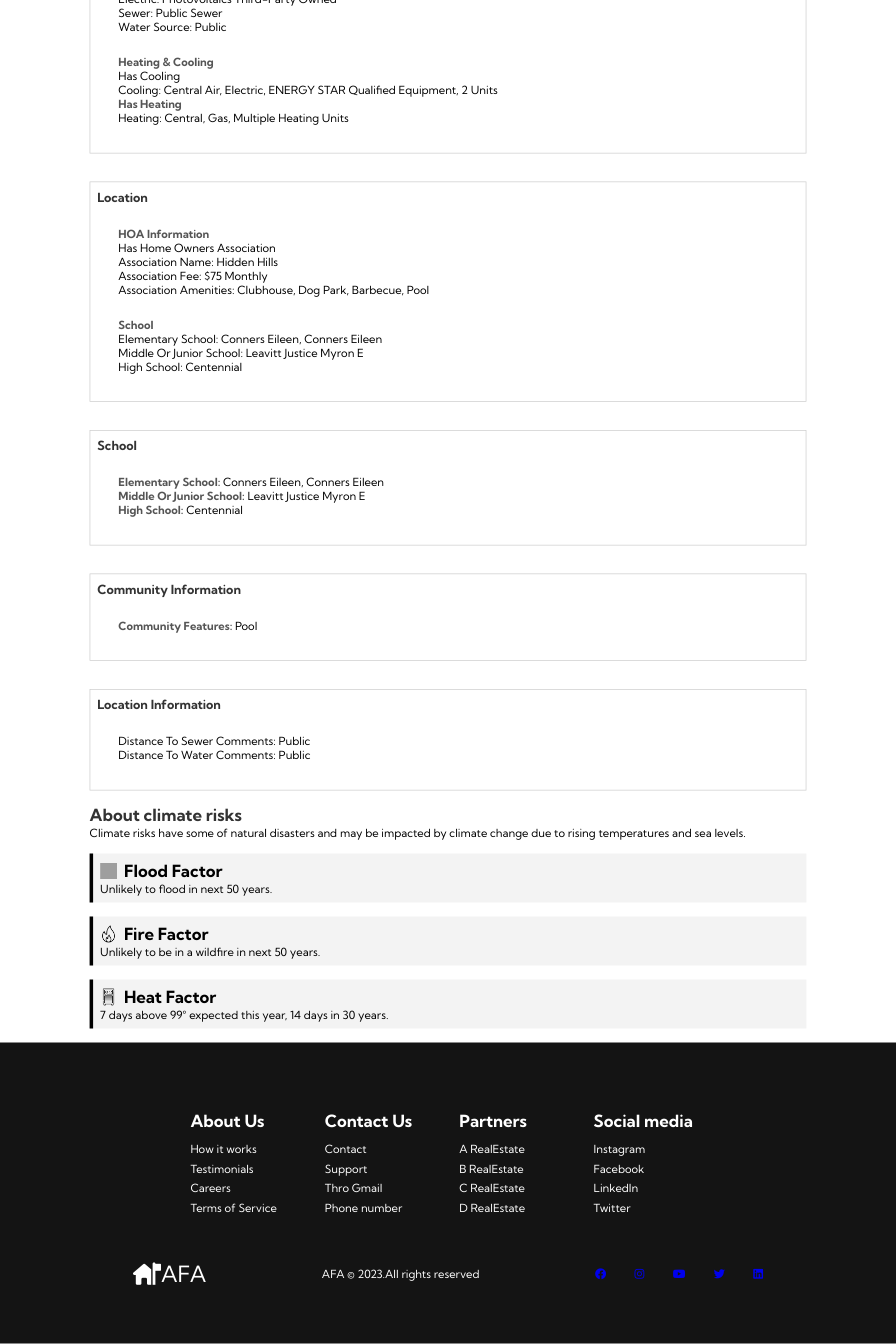
Repository: MrAllin1/ProgWWW_23_Gr1
Page: pages/House4.html
An editor plug-in stored every save of this project. The page is shown before and after the next save, followed by the edit.
The browser window is 1280 px wide. The pictures show the part of the page from y = 4245 to 6165 px (the page is 6165 px tall before and 5835 px after), at 70% of full size.
Pictures or frames that could not be fetched are drawn as grey boxes. Some web libraries are served in a nearby version.

Above is the page before, as saved 2024-01-11 12:29:49.

After the next save:
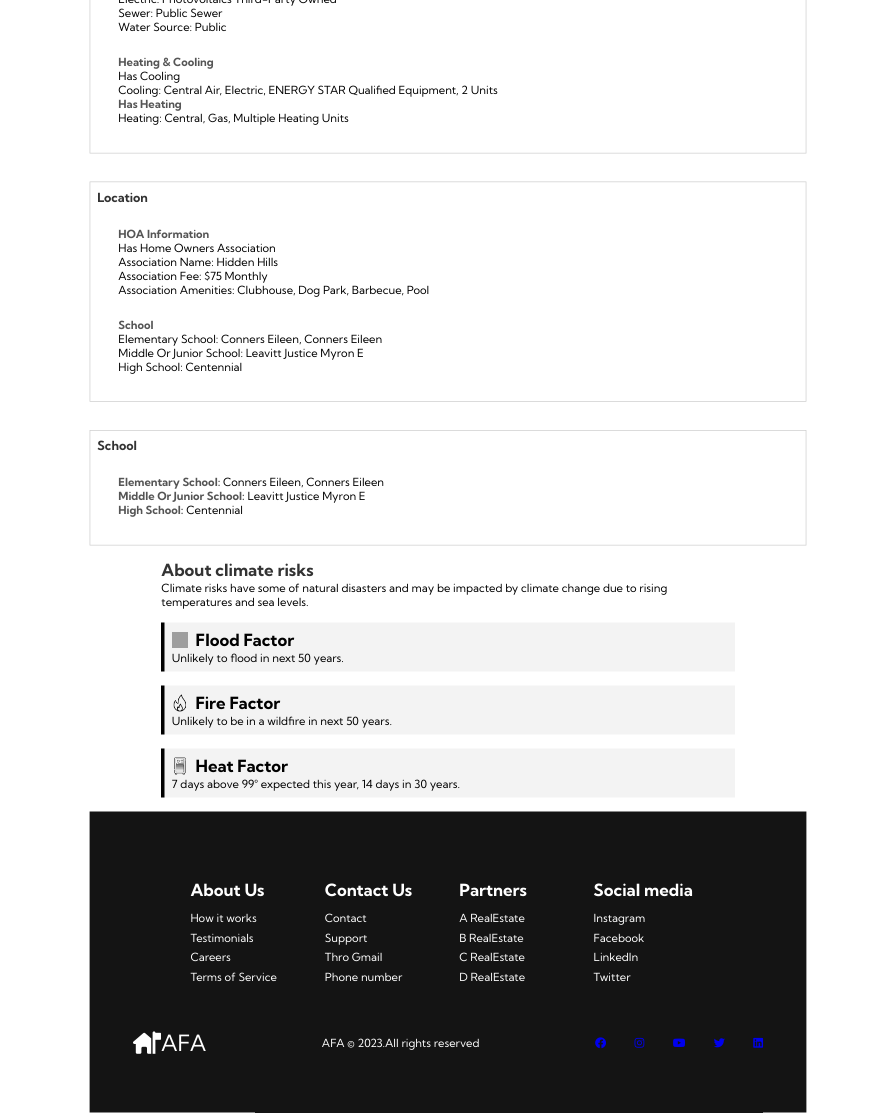
Saved 18 s later.
--- a/pages/House4.html
+++ b/pages/House4.html
@@ -299,26 +299,6 @@
             </div>
         </div>
 
-        <div class="details">
-            <div class="section">
-                <h2>Community Information</h2>
-                <ul>
-                    <li><strong>Community Features:</strong> Pool</li>
-                </ul>
-            </div>
-        </div>
-
-        <div class="details">
-            <div class="section">
-                <h2>Location Information</h2>
-                <ul>
-                    <li>Distance To Sewer Comments: Public<br>Distance To Water Comments:</strong> Public
-                    </li>
-                </ul>
-            </div>
-        </div>
-    </div>
-
 
       <div class="container">
         <h1>About climate risks</h1>
